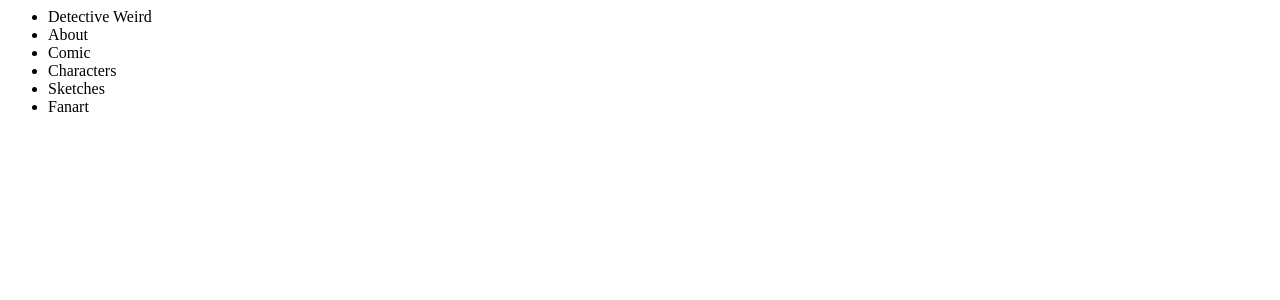
Repository: Prinnyoverlordally/detectiveweird.github.io
Page: _includes/nav.html
The author's editor kept a record of every edit. The page is drawn from the files as they stood at one moment, then again after the next edit.
The browser window is 1280 px wide. The pictures show the whole page.

Above is the page before.

After the next edit:
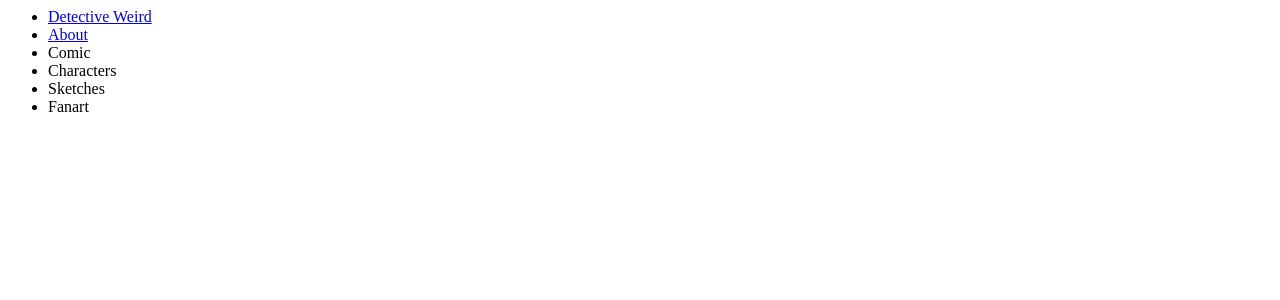
The edit:
--- a/_includes/nav.html
+++ b/_includes/nav.html
@@ -1,6 +1,10 @@
 <ul class="nav">
-    <li>Detective Weird</li>
-    <li>About</li>
+    <li>
+        <a href="/">Detective Weird</a>
+    </li>
+    <li>
+        <a href="/about/">About</a>
+    </li>
     <li>Comic</li>
     <li>Characters</li>
     <li>Sketches</li>
